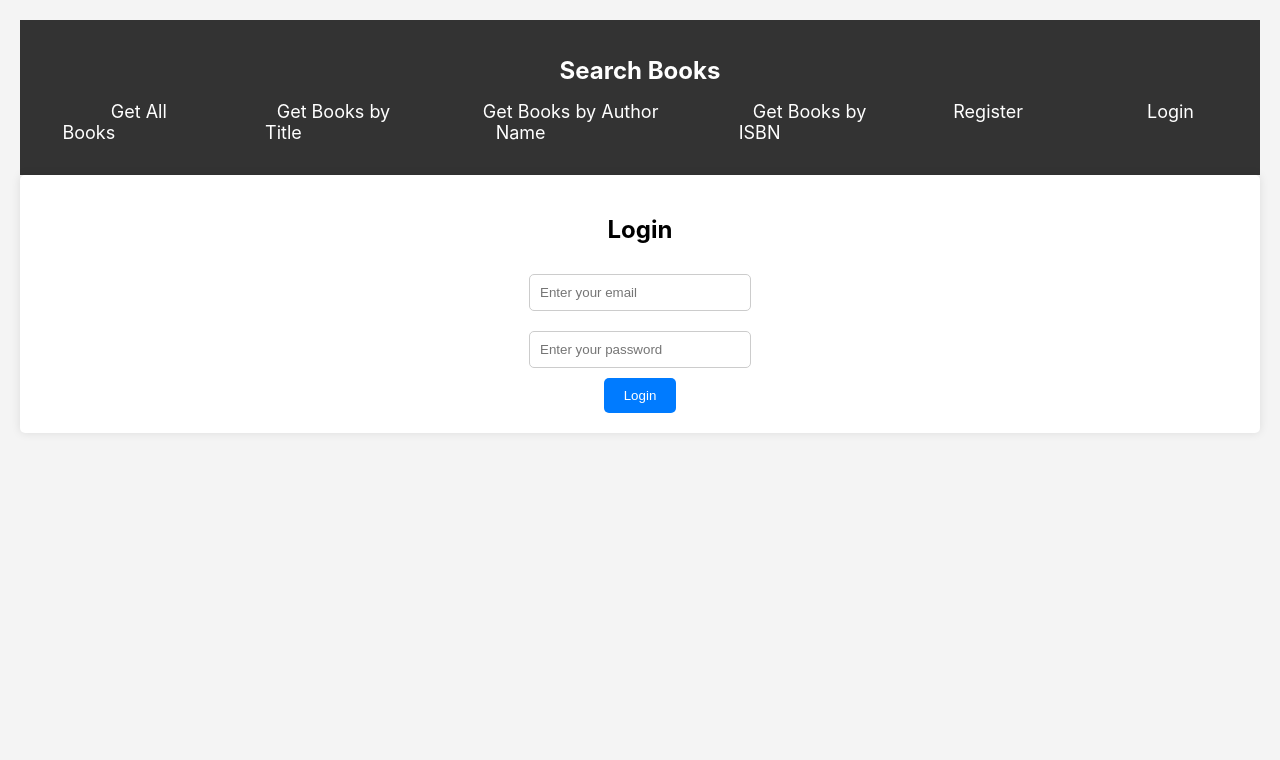
Repository: adityashirsath2003/myapp
Page: /login (app in FrontEnd/frontend/)
The author's editor kept a copy of each file at every save. The page is drawn from the files as they stood at one save, then again after the next save.
The browser window is 1280 px wide. The pictures show the whole page.
The project was rebuilt for these pictures with package versions that can differ from the ones it lists, and the page was loaded fresh each time. Also part of the build but not shown: FrontEnd/frontend/src/App.css, FrontEnd/frontend/src/Navbar.js, FrontEnd/frontend/src/Search.js, FrontEnd/frontend/src/Navbar2.js, FrontEnd/frontend/src/Register.js, FrontEnd/frontend/src/SearchTitle.js, FrontEnd/frontend/src/SearchName.js, FrontEnd/frontend/src/SearchISBN.js.

Above is the page before, as saved 2024-10-24 13:33:33.

After the next save:
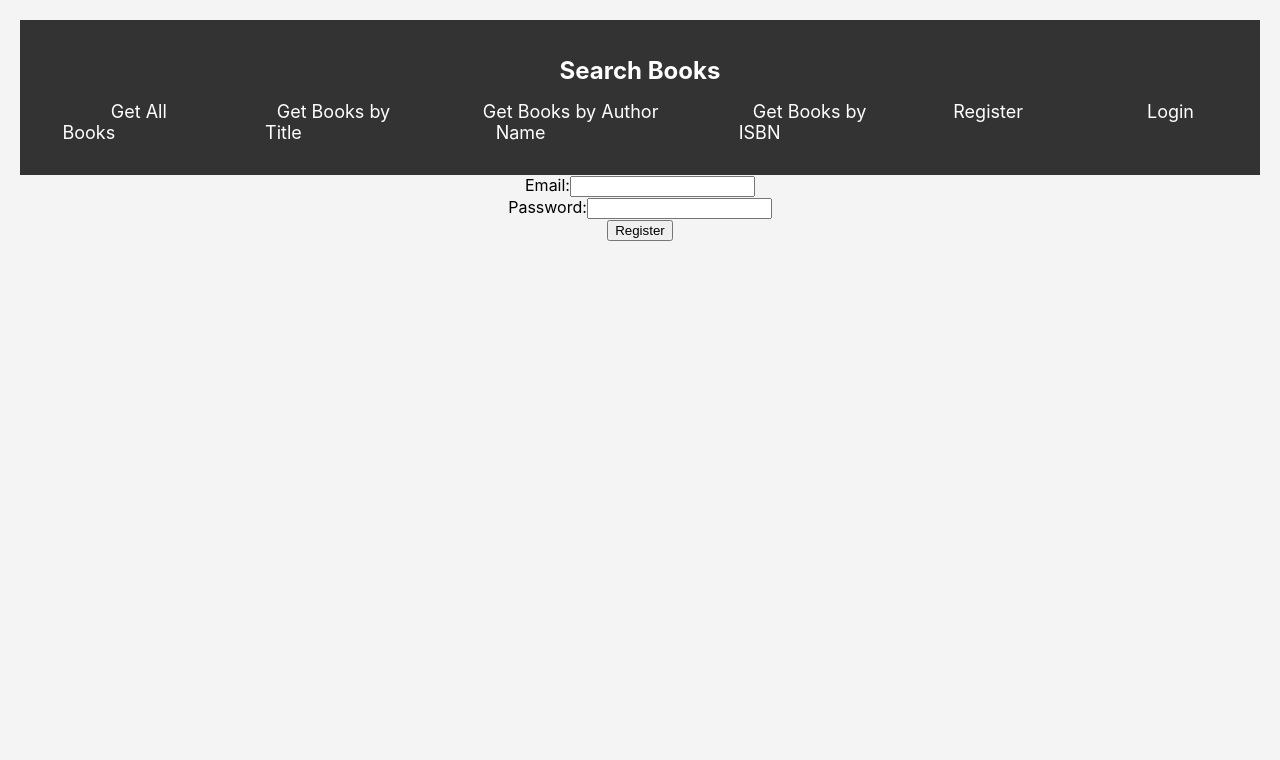
Saved 106 s later.
--- a/FrontEnd/frontend/src/Login.js
+++ b/FrontEnd/frontend/src/Login.js
@@ -1,63 +1,47 @@
 import React, { useState } from 'react';
+import axios from 'axios';
 
-export function Login({ setMail }){
-  const [email, setEmail] = useState('');
-  const [password, setPassword] = useState('');
+export function Login({setMail}) {
+    const [email, setEmail] = useState('');
+    const [password, setPassword] = useState('');
+    const [error, setError] = useState('');
 
-  const handleSubmit = (e) => {
-    e.preventDefault();
-    if (email) {
-      setMail(email);
-    }
-  };
+    const handleSubmit = async (e) => {
+        e.preventDefault();
+        try {
+            const response = await axios.post('http://localhost:5000/register', {
+                email,
+                password
+            });
+            console.log('Registration successful:', response.data);
+        } catch (error) {
+            setError('Error registering user');
+            console.error(error.message);
+        }
+    };
 
-  return (
-    <form onSubmit={handleSubmit} style={formStyle}>
-      <h2>Login</h2>
-      <input
-        type="email"
-        placeholder="Enter your email"
-        value={email}
-        onChange={(e) => setEmail(e.target.value)}
-        required
-        style={inputStyle}
-      />
-      <input
-        type="password"
-        placeholder="Enter your password"
-        value={password}
-        onChange={(e) => setPassword(e.target.value)}
-        required
-        style={inputStyle}
-      />
-      <button type="submit" style={buttonStyle}>Login</button>
-    </form>
-  );
-};
-
-const formStyle = {
-  display: 'flex',
-  flexDirection: 'column',
-  alignItems: 'center',
-  backgroundColor: '#fff',
-  padding: '20px',
-  borderRadius: '5px',
-  boxShadow: '0 0 10px rgba(0, 0, 0, 0.1)',
-};
-
-const inputStyle = {
-  margin: '10px 0',
-  padding: '10px',
-  width: '200px',
-  borderRadius: '5px',
-  border: '1px solid #ccc',
-};
-
-const buttonStyle = {
-  padding: '10px 20px',
-  border: 'none',
-  borderRadius: '5px',
-  backgroundColor: '#007BFF',
-  color: '#fff',
-  cursor: 'pointer',
-};
+    return (
+        <form onSubmit={handleSubmit}>
+            <div>
+                <label>Email:</label>
+                <input
+                    type="email"
+                    value={email}
+                    onChange={(e) => setEmail(e.target.value)}
+                    required
+                />
+            </div>
+            <div>
+                <label>Password:</label>
+                <input
+                    type="password"
+                    value={password}
+                    onChange={(e) => setPassword(e.target.value)}
+                    required
+                />
+            </div>
+            <button type="submit">Register</button>
+            {error && <p>{error}</p>}
+        </form>
+    );
+}
